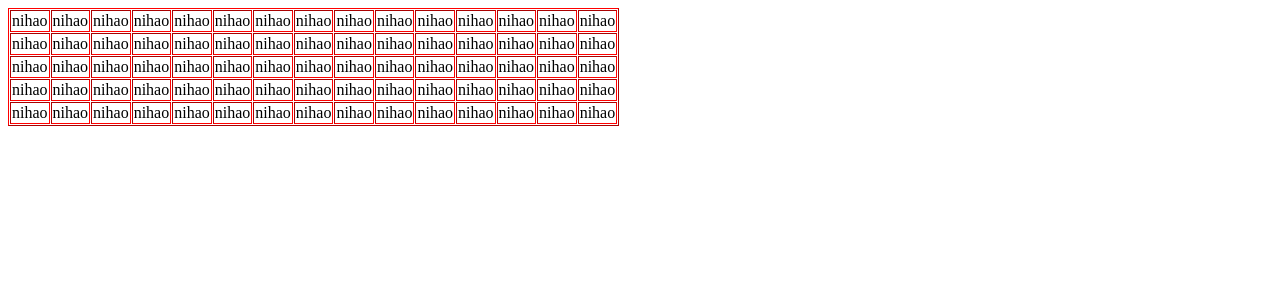
Repository: 728064001/MyProject
Page: http://localhost/CMS/test.jsp
These files come from the project's save history. The page is drawn as it stood at one moment and after the next save; the edit follows.
The browser window is 1280 px wide. The pictures show the whole page.
The page is served by Tomcat 9. Other server files are loaded and not shown.

Above is the page before, as saved 2013-08-05 10:00:43.

### cms-server-code/CMS/WebRoot/test.jsp
<%@ page language="java" import="java.util.*" pageEncoding="UTF-8"%>
<%
String path = request.getContextPath();
String basePath = request.getScheme()+"://"+request.getServerName()+":"+request.getServerPort()+path+"/";
%>

<!DOCTYPE HTML PUBLIC "-//W3C//DTD HTML 4.01 Transitional//EN">
<html>
  <head>
    <base href="<%=basePath%>">

    <title>jquery创建表格</title>

	<meta http-equiv="pragma" content="no-cache">
	<meta http-equiv="cache-control" content="no-cache">
	<meta http-equiv="expires" content="0">
	<meta http-equiv="keywords" content="keyword1,keyword2,keyword3">
	<meta http-equiv="description" content="This is my page">
	<!--
	<link rel="stylesheet" type="text/css" href="styles.css">
	-->
		<script type="text/javascript" src="js/jquery-1.10.1.js">	</script>
	</head>

	<body>
		<script type="text/javascript">
	$(function(){
			var dom_table = $("<table></table>");
			dom_table.attr("border","1px");
			dom_table.attr("cellspacing","1px");
			dom_table.attr("id","tab");
			dom_table.css("border-color","red","border-width","1px","border-style","solid");
		    for (var j = 0; j < 5; j++) {
		        var dom_tr = $('<tr></tr>');
		        for (var i = 0; i < 15; i++) {
		            var dom_td = $("<td>nihao</td>");
		            dom_tr.append(dom_td);
		        }
		        dom_table.append(dom_tr);
		    }
		    $("#t").append(dom_table);
	});
		</script>
		<div id="t" ></div>
	</body>
</html>

Loaded but not shown: cms-server-code/CMS/WebRoot/js/jquery-1.10.1.js (library)

After the next save:
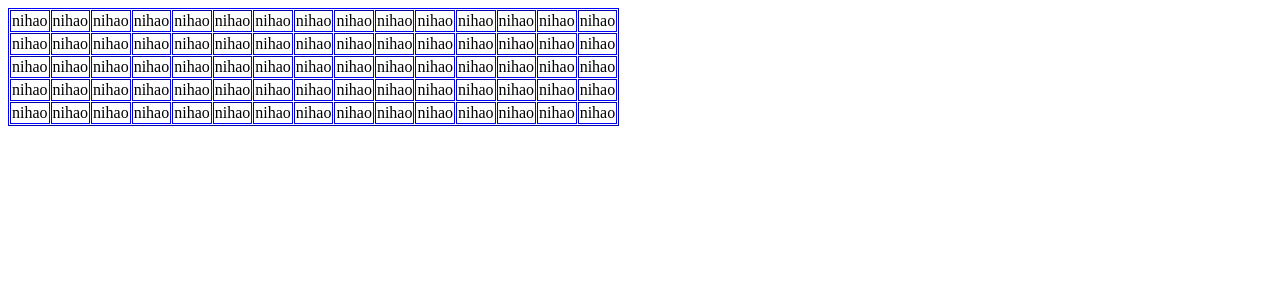
Saved 43 s later.
--- a/cms-server-code/CMS/WebRoot/test.jsp
+++ b/cms-server-code/CMS/WebRoot/test.jsp
@@ -29,7 +29,7 @@ String basePath = request.getScheme()+"://"+request.getServerName()+":"+request.
 			dom_table.attr("border","1px");
 			dom_table.attr("cellspacing","1px");
 			dom_table.attr("id","tab");
-			dom_table.css("border-color","red","border-width","1px","border-style","solid");
+			dom_table.css("border-color","#0000FF","border-width","1px","border-style","solid");
 		    for (var j = 0; j < 5; j++) {
 		        var dom_tr = $('<tr></tr>');
 		        for (var i = 0; i < 15; i++) {
